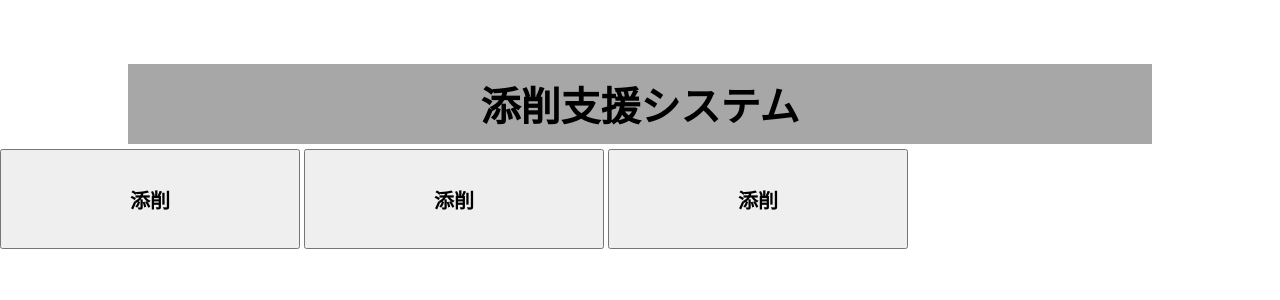
Repository: k-murakami18/canvas_v2
Page: Main.html
The author's editor kept a copy of each file at every save. The page is drawn from the files as they stood at one save, then again after the next save.
The browser window is 1280 px wide. The pictures show the whole page.

Above is the page before, as saved 2021-01-04 20:03:54.

### Main.html
<!DOCTYPE html>
<html lang="en">

<head>
  <meta charset="UTF-8">
  <title>添削支援システム</title>
  <link rel="stylesheet" href="css/jquery-ui-1.8.16.custom.css" />
  <link rel="stylesheet" href="./style.css">
  <link rel="stylesheet" href="https://cdn.jsdelivr.net/npm/simplebar@latest/dist/simplebar.css">
  <script src="//cdnjs.cloudflare.com/ajax/libs/jspdf/1.3.3/jspdf.min.js"></script>
  <script src="js/jquery.1.6.4.min.js"></script>
  <script src="js/jquery-ui-1.8.16.custom.min.js"></script>
  <script type="text/javascript" src="./dist/fabric.js"></script>
  <script type="text/javascript" src="./dist/fabric.min.js"></script>
</head>

<body>
  <!--タイトルとファイル選択-->
  <div class="title">
    <div class="title_container">
      <div style="float: left;">
        <h1 id="title" style="display:inline;">添削支援システム</h1>
      </div>
    </div>
  </div>
  <div style="clear:left;"></div>

  <div class="but_name">
    <button class="button" type="submit" name="name" onclick="location.href='index.html'">添削</button>
    <button class="button" type="submit" name="name" onclick="location.href='index.html'">添削</button>
    <button class="button" type="submit" name="name" onclick="location.href='index.html'">添削</button>
  </div>

</body>

</html>

### style.css
/*タイトルコンテナ*/
.title_container{
  width: 80%;
  height: 80px;
  font-size: 20px;
  display: flex;
  background-color: #A7A7A7;
  justify-content: center; /*左右中央*/
  align-items: center; /*上下中央*/
  margin-top: 5%;
  margin-bottom: 5px;
  margin-left: auto;
  margin-right: auto;
}

/*ボタンコンテナ*/
.button_container{
  width: 50px;
  height: 602px;
  background-color: #DADADA;
  margin-bottom: 5px;
  margin-right: 5px;
}

/*各ボタンの設定*/
.btn-box,.btn_box{
  display: inline-block;
  widows: 25px;
  height: 25px;
  border: 1px black solid;
  padding: 2px;
  border-radius: 5px;
}
.btn_box_black{
  display: inline-block;
  widows: 25px;
  height: 25px;
  border: 1px white solid;
  padding: 2px;
  border-radius: 5px;
}
.select{
  margin-top: 10px;
  margin-left: 9px;
}
.aaa{
  margin-top: 0px;
  margin-left: 9px;
}
.margin{
  margin-top: 10px;
  margin-left: 9px;
}

/*ボタン枠線削除*/
input:focus {
	outline:0;
}

/*キャンバス*/
canvas {
	position: relative;
	border:1px solid #000;
}

/*保存履歴コンテナ*/
.history_container{
  height: 600px;
  width: 330px;
  background-color: whitesmoke;
  border: 1px solid black;
  margin-left: 10px;
}

/*保存履歴タイトル*/
#title_tmpList{
  margin-top: 2px;
  margin-left: 10px;
  margin-bottom: 2px;
  font-weight: bolder;
  text-align: center;
}
.subtitle_tmpList{
  margin-top: 3px;
  margin-bottom: 3px;
  font-weight: bolder;
  font-size: 13px;
  text-align: center;
}

/*「保存履歴」の下線*/
.hr{
  border-bottom: 1px solid black;
  width: 93%;
  margin-left: auto;
  margin-right: auto;
}
/*「ブックマーク」「添削保存」の下線*/
.hr2{
  border-bottom: 1px solid black;
  width: 83%;
  margin-left: auto;
  margin-right: auto;
}

#bookmark_viewpanel{
  height: 539px;
  width: 100px;
  background-color: whitesmoke;
  margin-top: 5px;
}

#normal_viewpanel{
  height: 539px;
  width: 190px;
  background-color: whitesmoke;
  margin-top: 5px;
}

#bookmark_tmp{
  border-right: 1px solid black;
}

.tmpImage{
  border: 1px solid black;
  margin-left: 10px;
}

#setColor li{
  display: inline-block;
  width: 25px;
  height: 25px;
  border:1px solid #000;
}

.button{
  width: 300px;
  height: 100px;
  font-size: 20px;
  font-weight: bold;
  margin: auto;
}
body{
  margin: auto;
}

Loaded but not shown: css/jquery-ui-1.8.16.custom.css (library); js/jquery.1.6.4.min.js (library); js/jquery-ui-1.8.16.custom.min.js (library); dist/fabric.js (library); dist/fabric.min.js (library)

After the next save:
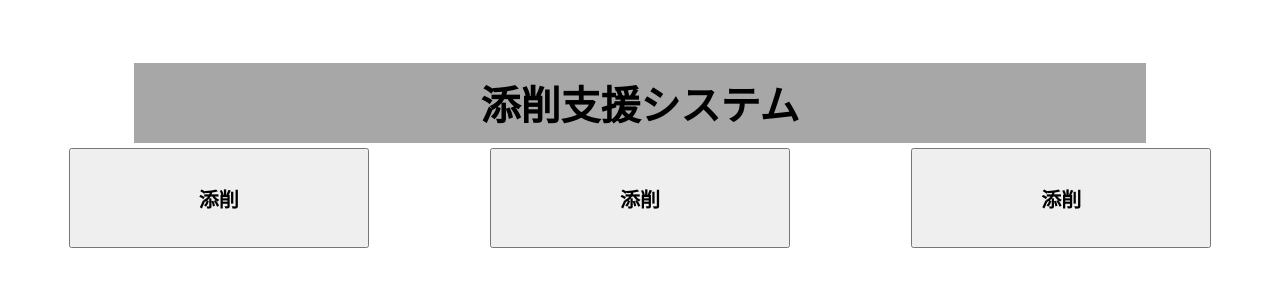
Saved 22 s later.
--- a/style.css
+++ b/style.css
@@ -140,6 +140,7 @@ canvas {
   font-weight: bold;
   margin: auto;
 }
-body{
-  margin: auto;
+body .but_name{
+  display: flex;
+  justify-content: center;
 }
